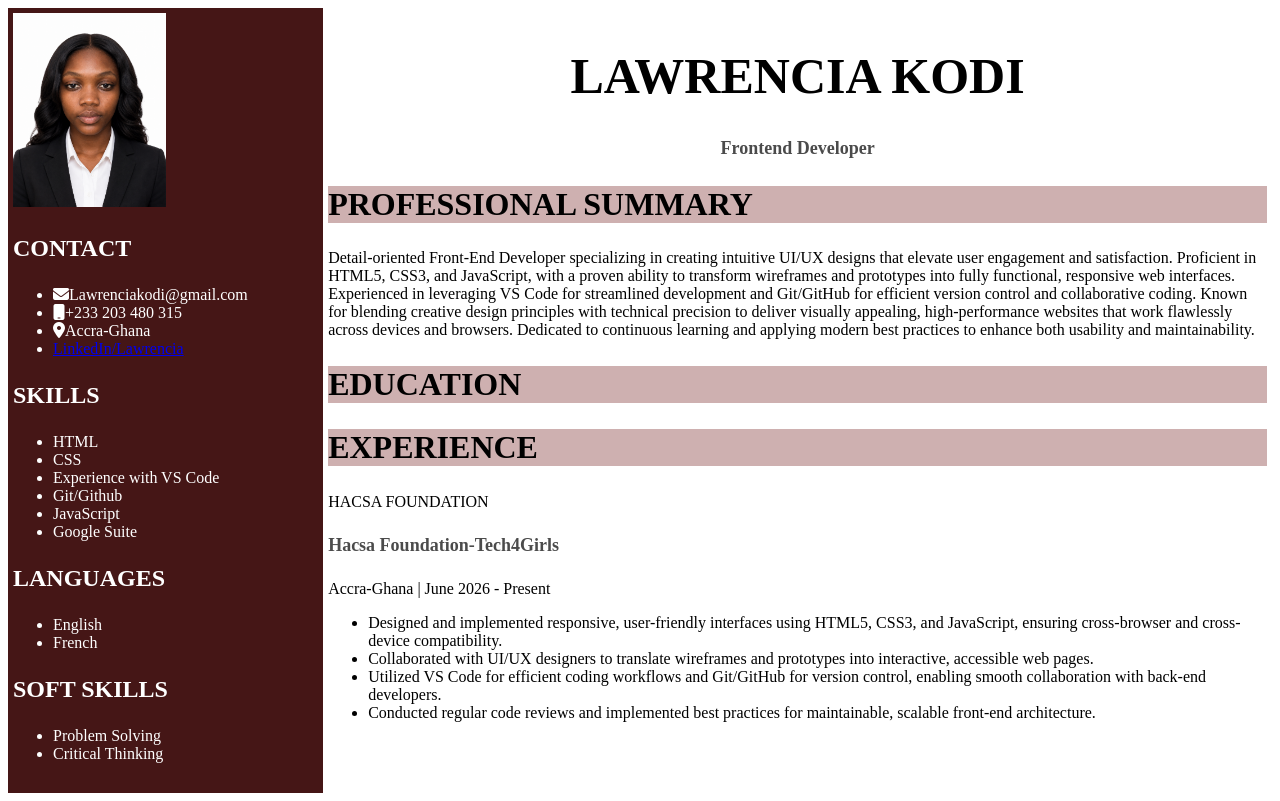
Repository: lawrencia-coder/T4G_CV
Page: index.html
The author's editor kept a copy of each file at every save. The page is drawn from the files as they stood at one save, then again after a run of saves.
The browser window is 1280 px wide. The pictures show the whole page.
Some icons come from a web library that is not loaded, so they are not drawn. Some web libraries are served in a nearby version.

Above is the page before, as saved 2026-07-15 08:03:06.

### index.html
<!DOCTYPE html>
<html lang="en">
<head>
    <meta charset="UTF-8">
    <meta name="viewport" content="width=device-width, initial-scale=1.0">
    <script src="https://kit.fontawesome.com/c72fc9c022.js" crossorigin="anonymous"></script>
    <title>T4G_CV</title>
    <link rel="stylesheet" href="style.css">
</head>
<body>
    <div class="cv-container">
        <div class="left-column">
            <img src="images/passport pic 1.png" alt="" width="50%" height="25%">
            <h3>CONTACT</h3>
             <p>
              <ul>
                <li><i class="fa-solid fa-envelope" style="color: rgb(255, 255, 255);"></i>Lawrenciakodi@gmail.com</li>
                <li><i class="fa-solid fa-mobile" style="color: rgb(255, 255, 255);"></i>+233 203 480 315</li>
                <li><i class="fa-solid fa-location-dot" style="color: rgb(255, 255, 255);"></i>Accra-Ghana</li>
                <li><i class="fa-brands fa-square-linkedin" style="color: rgb(255, 255, 255);"></i><a href="www.linkedin.com/in/lawrencia-kodi-192a71305" target="_blank" rel="noopener noreferrer">LinkedIn/Lawrencia</a></li>
              </ul>
             </p>

            <h3>SKILLS</h3>
             <p>
                <ul>
                    <li>HTML</li>
                    <li>CSS</li>
                    <li>Experience with VS Code</li>
                    <li>Git/Github</li>
                    <li>JavaScript</li>
                    <li>Google Suite</li>
                </ul>
             </p>

             <h3>LANGUAGES</h3>
             <p>
                <ul>
                    <li>English</li>
                    <li>French</li>
                </ul>
             </p>

             <h3>SOFT SKILLS</h3>
             <p>
                <ul>
                    <li>Problem Solving</li>
                    <li>Critical Thinking</li>

                </ul>
             </p>
        </div>
         <div class="right-column">
             <h1>LAWRENCIA KODI  </h1>
             <h4 style="text-align: center;">Frontend Developer</h4>
             <h2>PROFESSIONAL SUMMARY</h2>
              <p>Detail-oriented Front-End Developer specializing in creating intuitive UI/UX designs that elevate user engagement and satisfaction.
                 Proficient in HTML5, CSS3, and JavaScript, with a proven ability to transform wireframes and prototypes into fully functional, responsive web interfaces.
                 Experienced in leveraging VS Code for streamlined development and Git/GitHub for efficient version control and collaborative coding.
                 Known for blending creative design principles with technical precision to deliver visually appealing, high-performance websites that work flawlessly across devices and browsers.
                 Dedicated to continuous learning and applying modern best practices to enhance both usability and maintainability.
                </p>

                <h2>EDUCATION</h2>

                <h2>EXPERIENCE</h2>
                <p>HACSA FOUNDATION</p>
                    <h3></h3>
                    <h4>Hacsa Foundation-Tech4Girls </h4>
                    <p2>Accra-Ghana   |   June 2026 - Present</p2>
                </p>
                 <p>
                    <ul>
                        <li>Designed and implemented responsive, user-friendly interfaces using HTML5, CSS3, and JavaScript, ensuring cross-browser and cross-device compatibility.</li>
                        <li>Collaborated with UI/UX designers to translate wireframes and prototypes into interactive, accessible web pages.</li>
                        <li>Utilized VS Code for efficient coding workflows and Git/GitHub for version control, enabling smooth collaboration with back-end developers.</li>
                        <li>Conducted regular code reviews and implemented best practices for maintainable, scalable front-end architecture.</li>
                    </ul>
                 </p>
         </div>
    </div>

</body>
</html>

### style.css
/* styling headings */
h1{
    text-align: center;
    font-size: 50px;
    margin-bottom: none;
}

h4{
    opacity: calc(70%);
    font-size: large;
}

h2{
    background-color: rgb(206, 176, 176);
    font-size: xx-large;
}

h3{
    font-size: x-large;
}

h5{
font-size: large;
opacity: 80%;
display: flex;
flex-direction: row;
}

h6{
align-self: flex-end;
}


/* styling cv-container */
.cv-container{
    display: flex;
    width: 100%;
    min-height: 100vh;
}

.left-column{
width: 26%;
background-color: rgb(69, 22, 22);
color: white;
padding: 5px;
}

.right-column{
    width: 80%;
    background-color: white;
    color: black;
    padding: 5px;
}

After the next 2 saves:
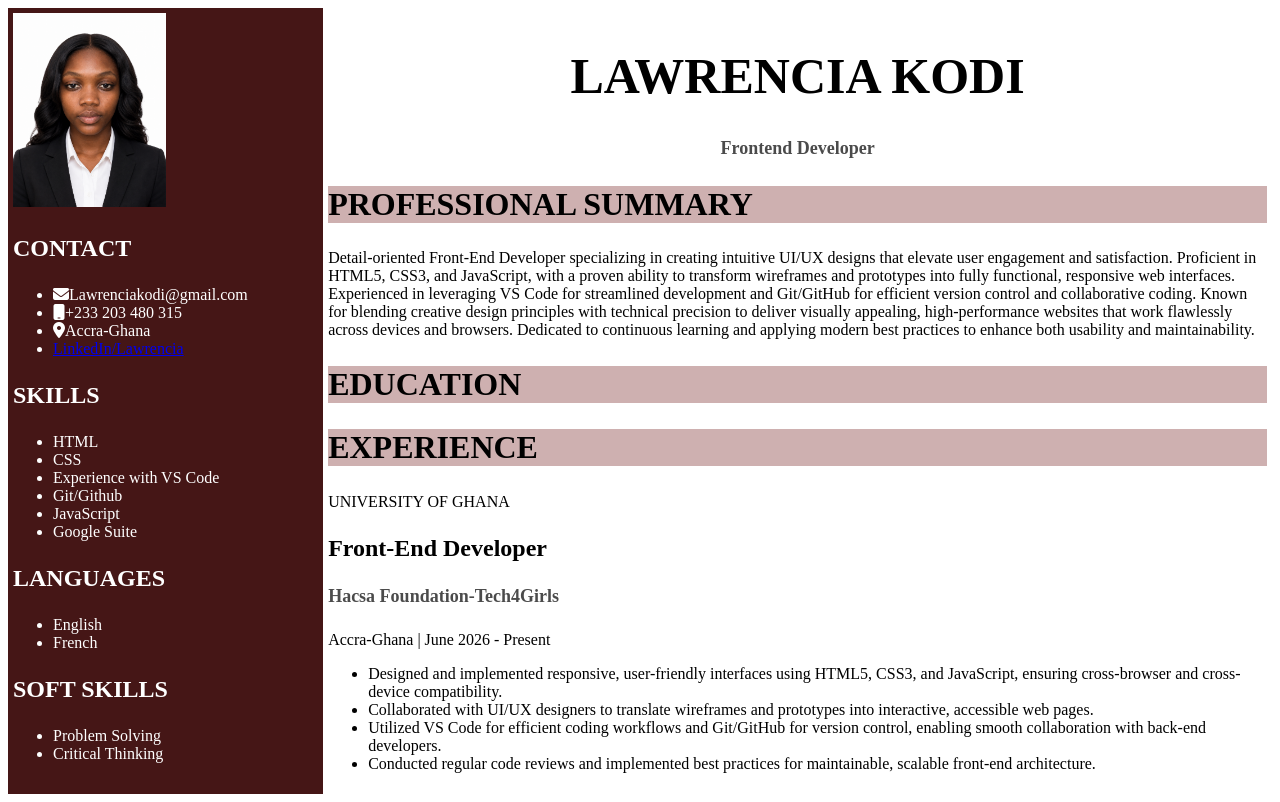
The 2 saves are shown as one change because they came seconds apart.
The last was saved 6 s later.
--- a/index.html
+++ b/index.html
@@ -64,8 +64,8 @@
                 <h2>EDUCATION</h2>
 
                 <h2>EXPERIENCE</h2>
-                <p>HACSA FOUNDATION</p>
-                    <h3></h3>
+                <p>UNIVERSITY OF GHANA</p>
+                    <h3>Front-End Developer</h3>
                     <h4>Hacsa Foundation-Tech4Girls </h4>
                     <p2>Accra-Ghana   |   June 2026 - Present</p2>
                 </p>
